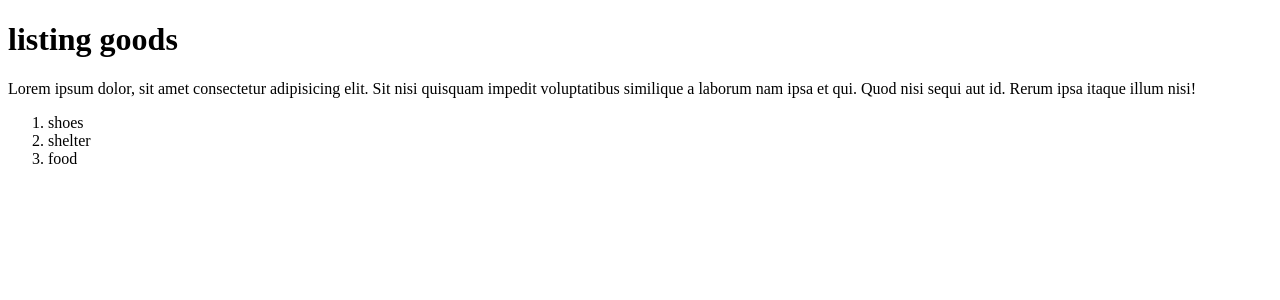
Repository: shanicenaliakanyongesa/Shanice
Page: templates/list.html
An editor plug-in stored every save of this project. The page is shown before and after a run of saves, followed by the edit.
The browser window is 1280 px wide. The pictures show the whole page.
The page is served by the project's application, run on Flask 3 (app.py). The template is opened directly, without the code that normally fills it, so the values that code supplies are empty.

Above is the page before, as saved 2024-02-14 15:57:41.

After the next 9 saves:
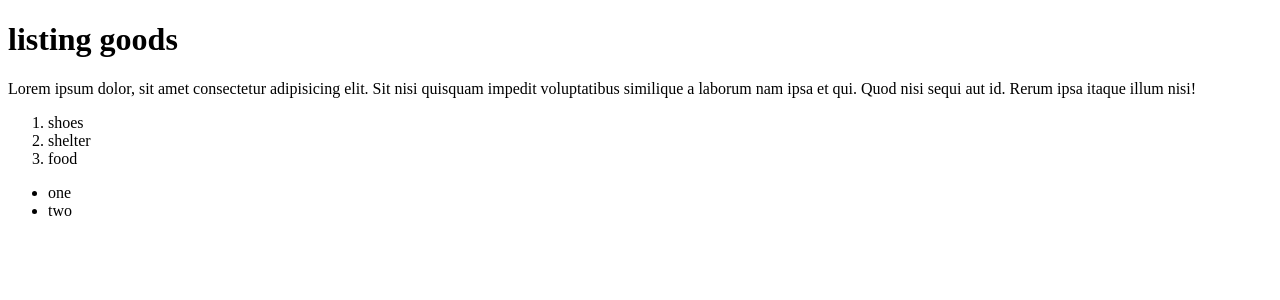
The 9 saves are shown as one change because they came seconds apart.
The last was saved 22 s later.
--- a/Desktop/shaniceflask/templates/list.html
+++ b/Desktop/shaniceflask/templates/list.html
@@ -13,5 +13,9 @@
         <li>shelter</li>
         <li>food</li>
     </ol>
+    <ul>
+        <li>one</li>
+        <li>two</li>
+    </ul>
 </body>
 </html>
